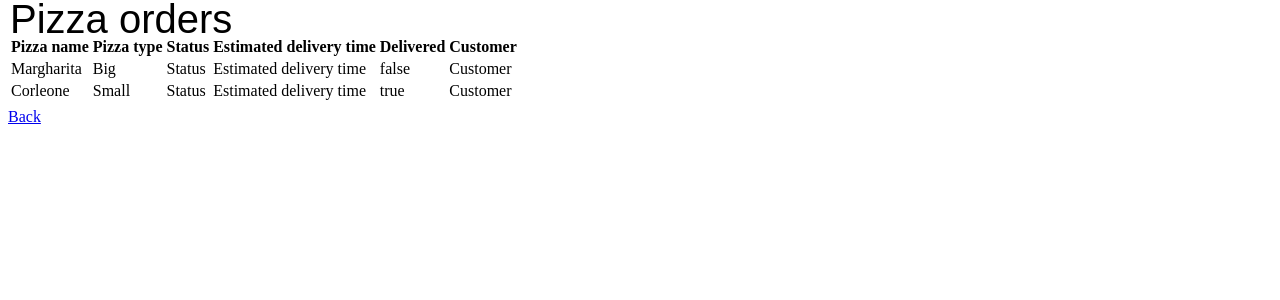
Repository: lukas77pro/html_css_js
Page: html/Test/WebContent/Tabela.html
These files come from the project's save history. The page is drawn as it stood at one moment and after the next save; the edit follows.
The browser window is 1280 px wide. The pictures show the whole page.

Above is the page before, as saved 2015-07-10 13:33:55.

### html/Test/WebContent/Tabela.html
<!DOCTYPE html>
<html>
<head>
<meta charset="UTF-8">
<title>Insert title here</title>
<link rel="stylesheet" type="text/css" href="Styl.css">
</head>
<body>
	<div class="HeaderMain">
		<legend id="LegendMain">Pizza orders</legend>
	</div>
	<table>
		<tr>
			<th>Pizza name</th>
			<th>Pizza type</th>
			<th>Status</th>
			<th>Estimated delivery time</th>
			<th>Delivered</th>
			<th>Customer</th>
		</tr>
		<tr>
			<td>Margharita</td>
			<td>Big</td>
			<td>Status</td>
			<td>Estimated delivery time</td>
			<td>false</td>
			<td>Customer</td>
		</tr>
		<tr>
			<td>Corleone</td>
			<td>Small</td>
			<td>Status</td>
			<td>Estimated delivery time</td>
			<td>true</td>
			<td>Customer</td>
		</tr>
	</table>

	<a href="Formularz.html">Back</a>

</body>
</html>

### html/Test/WebContent/Styl.css
@CHARSET "UTF-8";

#Customer {

}

.HeaderMain{
	font-family: Arial, Helvetica Neue, Helvetica, sans-serif;
	font-size: 20px;
	font-style: normal;
	font-variant: normal;
	font-weight: 500;
	line-height: 22px;

}

#LegendMain {
	font-size: 40px;
}

/* table , th, td {
    border: 2px solid black;
    tr:nth-child(odd)		{ background-color:#eee; }
	tr:nth-child(even)		{ background-color:#fff; }
} */


table {
	border-bottom: thick solid #ffffff;
	border-top: thick solid #ffffff;
}

tr:nth-child(even):hover {
  background: pink;
}
tr:nth-child(odd):hover {
  background: lime;
}

After the next save:
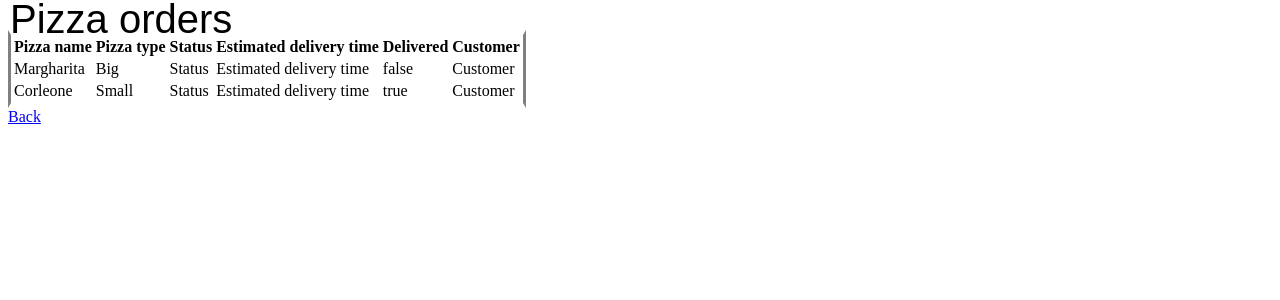
Saved 11 s later.
--- a/html/Test/WebContent/Styl.css
+++ b/html/Test/WebContent/Styl.css
@@ -26,6 +26,7 @@
 
 
 table {
+	border-style: solid;
 	border-bottom: thick solid #ffffff;
 	border-top: thick solid #ffffff;
 }
